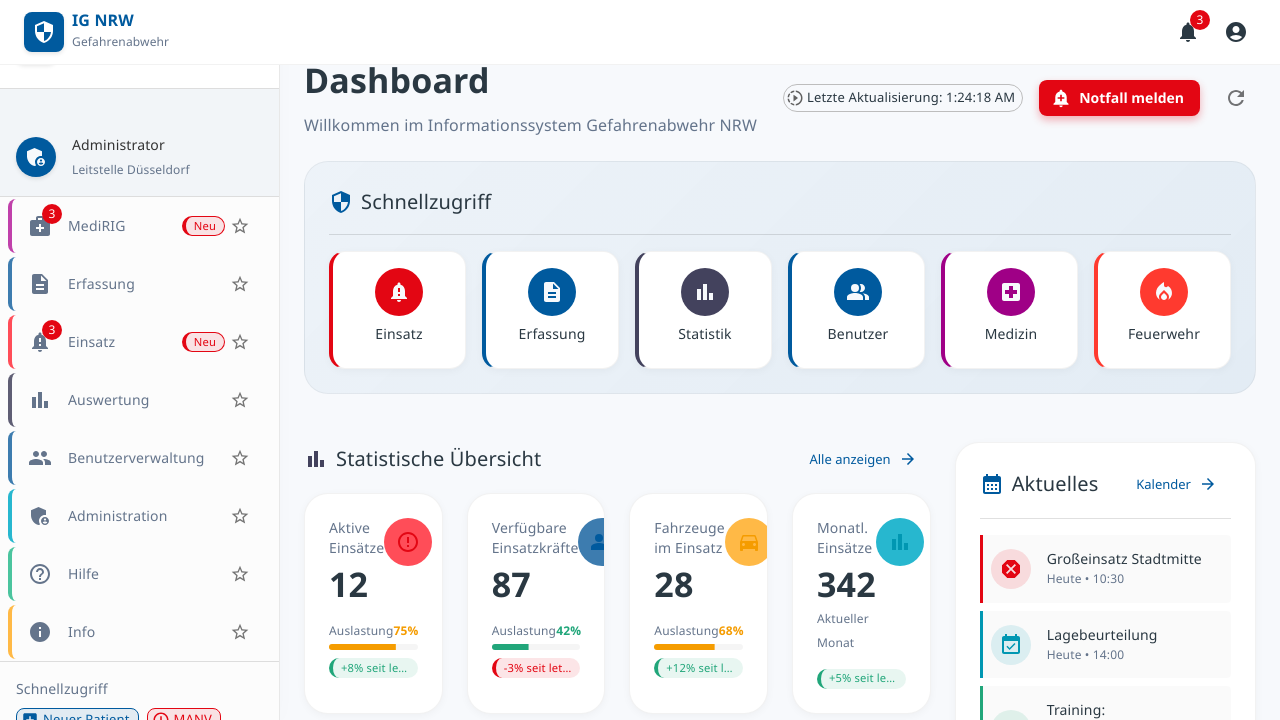
Repository: bynrw/sidebar
Page: /
An editor plug-in stored every save of this project. The page is shown before and after the next save, followed by the edit.
The browser window is 1280 px wide. The pictures show the whole page.
An inner scrolling area shows only its first screen. The project was rebuilt for these pictures with package versions that can differ from the ones it lists, and the page was loaded fresh each time.

Above is the page before, as saved 2025-04-21 04:30:59.

After the next save:
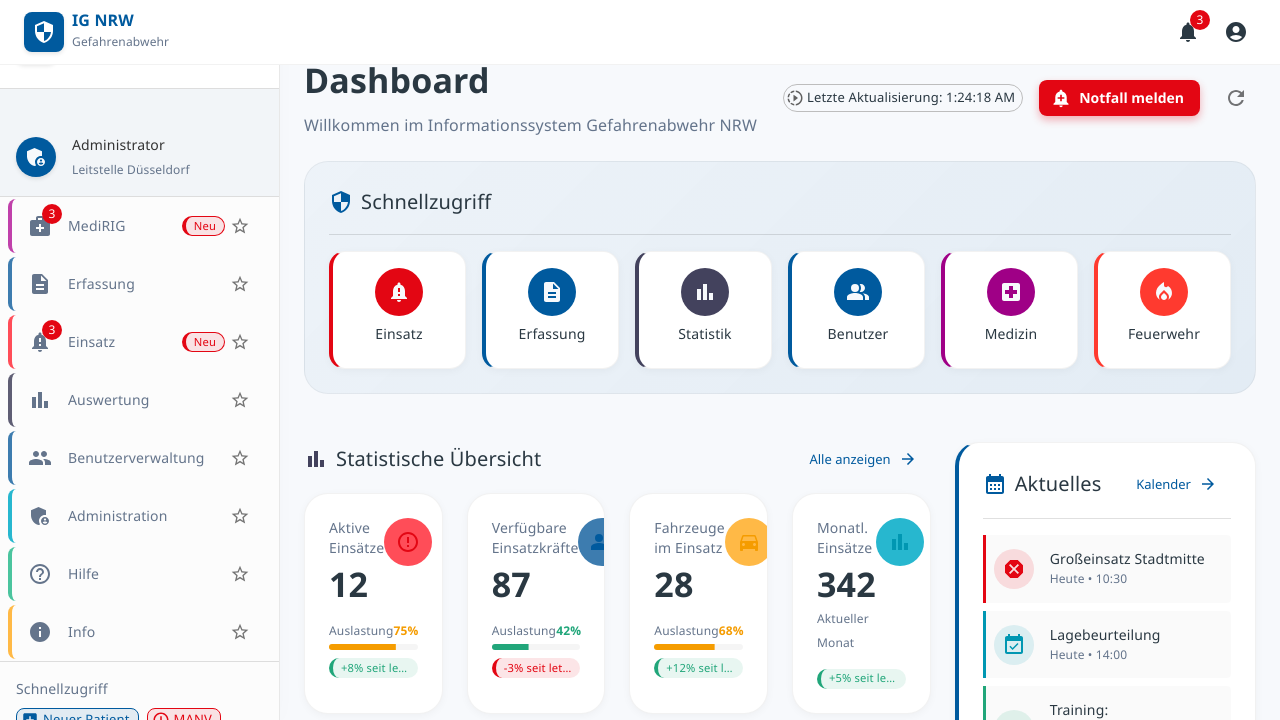
Saved 74 s later.
--- a/src/components/pages/HomePage.js
+++ b/src/components/pages/HomePage.js
@@ -569,6 +569,12 @@ function HomePage() {
               height: '100%',
               borderRadius: 3,
               border: '1px solid rgba(0,0,0,0.05)',
+              borderLeft: `4px solid ${theme.palette.primary.main}`,
+              '&:hover': {
+                boxShadow: '0 4px 12px rgba(0,0,0,0.08)',
+                transform: 'translateY(-4px)'
+              },
+              transition: 'transform 0.2s, box-shadow 0.2s'
             }}
           >
             <CardContent sx={{ p: 3, height: '100%' }}>
